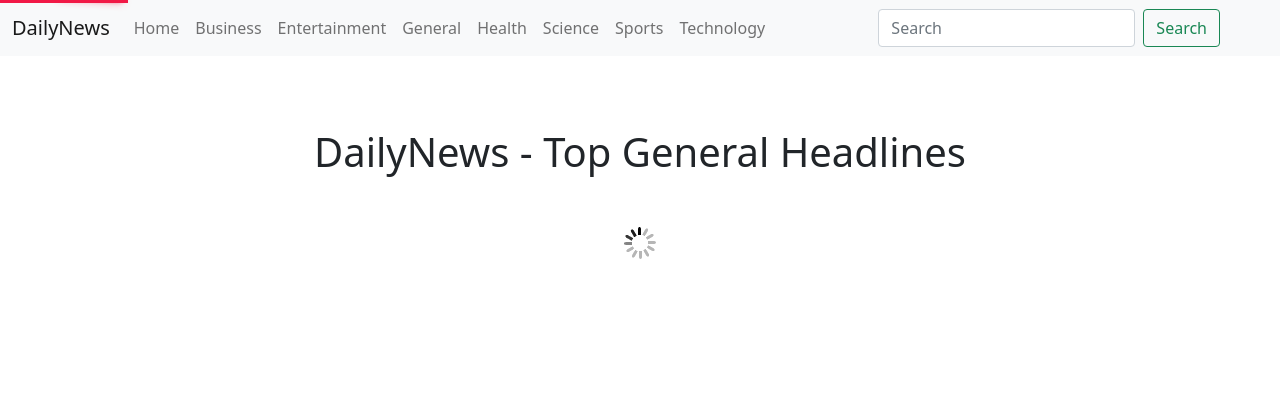
Repository: Bikki084/Daily_News
Page: /
These files come from the project's save history. The page is drawn as it stood at one moment and after a run of saves; the edit follows.
The browser window is 1280 px wide. The pictures show the whole page.
The page's requests for data from a server got no answer. The project was rebuilt for these pictures with package versions that can differ from the ones it lists, and the page was loaded fresh each time. No one was signed in, and anything a server would have sent is missing. Also part of the build but not shown: src/App.css, src/components/NewsItem.js.

Above is the page before, as saved 2021-12-22 20:51:33.

### public/index.html
<!DOCTYPE html>
<html lang="en">
  <head>
    <meta charset="utf-8" />
    <link rel="icon" href="%PUBLIC_URL%/favicon.ico" />
    <meta name="viewport" content="width=device-width, initial-scale=1" />
    <meta name="theme-color" content="#000000" />
    <meta
      name="description"
      content="DailyNews is a news app which can be used to grab quick daily news bites. If you are interested in news, weather, politics and sports news, newsmonkey is for you!"
    />
    <link rel="apple-touch-icon" href="%PUBLIC_URL%/logo192.png" />
    <!--
      manifest.json provides metadata used when your web app is installed on a
      user's mobile device or desktop. See https://developers.google.com/web/fundamentals/web-app-manifest/
    -->
    <link rel="manifest" href="%PUBLIC_URL%/manifest.json" />
    <link href="https://cdn.jsdelivr.net/npm/bootstrap@5.1.0/dist/css/bootstrap.min.css" rel="stylesheet" integrity="sha384-KyZXEAg3QhqLMpG8r+8fhAXLRk2vvoC2f3B09zVXn8CA5QIVfZOJ3BCsw2P0p/We" crossorigin="anonymous">
    <!--
      Notice the use of %PUBLIC_URL% in the tags above.
      It will be replaced with the URL of the `public` folder during the build.
      Only files inside the `public` folder can be referenced from the HTML.

      Unlike "/favicon.ico" or "favicon.ico", "%PUBLIC_URL%/favicon.ico" will
      work correctly both with client-side routing and a non-root public URL.
      Learn how to configure a non-root public URL by running `npm run build`.
    -->
    <title>DailyNews - Get your daily dose of news for free!</title>
  </head>
  <body>
    <noscript>You need to enable JavaScript to run this app.</noscript>
    <div id="root"></div>
    <!--
      This HTML file is a template.
      If you open it directly in the browser, you will see an empty page.

      You can add webfonts, meta tags, or analytics to this file.
      The build step will place the bundled scripts into the <body> tag.

      To begin the development, run `npm start` or `yarn start`.
      To create a production bundle, use `npm run build` or `yarn build`.
    -->
    <script src="https://cdn.jsdelivr.net/npm/@popperjs/core@2.9.3/dist/umd/popper.min.js" integrity="sha384-eMNCOe7tC1doHpGoWe/6oMVemdAVTMs2xqW4mwXrXsW0L84Iytr2wi5v2QjrP/xp" crossorigin="anonymous"></script>
    <script src="https://cdn.jsdelivr.net/npm/bootstrap@5.1.0/dist/js/bootstrap.min.js" integrity="sha384-cn7l7gDp0eyniUwwAZgrzD06kc/tftFf19TOAs2zVinnD/C7E91j9yyk5//jjpt/" crossorigin="anonymous"></script>
  </body>
</html>

### src/App.js
import './App.css';
import Search from './components/Search';
import React, { useState } from 'react'
import NavBar from './components/NavBar';
import News from './components/News';
import {BrowserRouter as Router, Switch, Route} from "react-router-dom";
import LoadingBar from 'react-top-loading-bar'

const App = ()=> {
  const pageSize = 5;
  const apiKey = process.env.REACT_APP_NEWS_API

  const [progress, setProgress] = useState(0)

  const posts = [
    { id: '1', name: 'This first post is about React' },
    { id: '2', name: 'This next post is about Preact' },
    { id: '3', name: 'We have yet another React post!' },
    { id: '4', name: 'This is the fourth and final post' },
];

    return (
      <div>
        <Router>
        <NavBar/>
        <Search/>
        <LoadingBar
        height={3}
        color='#f11946'
        progress={progress}
      />
        <Switch>
          <Route exact path="/"><News setProgress={setProgress} apiKey={apiKey} key="general" pageSize={pageSize} country="in" category="general"/></Route>
          <Route exact path="/business"><News setProgress={setProgress} apiKey={apiKey} key="business" pageSize={pageSize} country="in" category="business"/></Route>
          <Route exact path="/entertainment"><News setProgress={setProgress} apiKey={apiKey} key="entertainment" pageSize={pageSize} country="in" category="entertainment"/></Route>
          <Route exact path="/general"><News setProgress={setProgress} apiKey={apiKey} key="general" pageSize={pageSize} country="in" category="general"/></Route>
          <Route exact path="/health"><News setProgress={setProgress} apiKey={apiKey} key="health" pageSize={pageSize} country="in" category="health"/></Route>
          <Route exact path="/science"><News setProgress={setProgress} apiKey={apiKey} key="science" pageSize={pageSize} country="in" category="science"/></Route>
          <Route exact path="/sports"><News setProgress={setProgress} apiKey={apiKey} key="sports" pageSize={pageSize} country="in" category="sports"/></Route>
          <Route exact path="/technology"><News setProgress={setProgress} apiKey={apiKey} key="technology" pageSize={pageSize} country="in" category="technology"/></Route>
        <Search/>
        </Switch>
        </Router>
      </div>
    )

}

export default App;

### src/components/Search.js
import React from 'react'


export default function Search() {

    return (

        <>

        <div>
          <form className="d-flex mx-5">
                <input className="form-control me-2" type="search" name = "query" id = "Search" placeholder="Search" aria-label="Search" />
                <button className="btn btn-outline-success" type="submit">Search</button>
            </form>
          </div>

                </>
    )
}

### src/components/NavBar.js
import React from 'react'
import { Link } from "react-router-dom";
import Search from './Search'

const NavBar = () => {

    return (
        <div>
            <nav className="navbar fixed-top navbar-expand-lg navbar-light bg-light">
                <div className="container-fluid">
                    <Link className="navbar-brand" to="/">DailyNews</Link>
                    <button className="navbar-toggler" type="button" data-bs-toggle="collapse" data-bs-target="#navbarSupportedContent" aria-controls="navbarSupportedContent" aria-expanded="false" aria-label="Toggle navigation">
                        <span className="navbar-toggler-icon"></span>
                    </button>
                    <div className="collapse navbar-collapse" id="navbarSupportedContent">
                        <ul className="navbar-nav me-auto mb-2 mb-lg-0">
                            <li className="nav-item">
                                <Link className="nav-link" aria-current="page" to="/">Home</Link>
                            </li>
                            <li className="nav-item"><Link className="nav-link" to="/business">Business</Link></li>
                            <li className="nav-item"><Link className="nav-link" to="/entertainment">Entertainment</Link></li>
                            <li className="nav-item"><Link className="nav-link" to="/general">General</Link></li>
                            <li className="nav-item"><Link className="nav-link" to="/health">Health</Link></li>
                            <li className="nav-item"><Link className="nav-link" to="/science">Science</Link></li>
                            <li className="nav-item"><Link className="nav-link" to="/sports">Sports</Link></li>
                            <li className="nav-item"><Link className="nav-link" to="/technology">Technology</Link></li>
                        </ul>

                     <Search/>

                    </div>
                </div>
            </nav>
        </div>
    )

}

export default NavBar

### src/components/News.js
import React, {useEffect, useState} from 'react'

import NewsItem from './NewsItem'
import Spinner from './Spinner';
import PropTypes from 'prop-types'
import InfiniteScroll from "react-infinite-scroll-component";

const News = (props)=>{
    const [articles, setArticles] = useState([])
    const [loading, setLoading] = useState(true)
    const [page, setPage] = useState(1)
    const [totalResults, setTotalResults] = useState(0)

    const capitalizeFirstLetter = (string) => {
        return string.charAt(0).toUpperCase() + string.slice(1);
    }

    const updateNews = async ()=> {
        props.setProgress(10);
        const url = `https://newsapi.org/v2/top-headlines?country=${props.country}&category=${props.category}&apiKey=${props.apiKey}&page=${page}&pageSize=${props.pageSize}`;
        setLoading(true)
        let data = await fetch(url);
        props.setProgress(30);
        let parsedData = await data.json()
        props.setProgress(70);
        setArticles(parsedData.articles)
        setTotalResults(parsedData.totalResults)
        setLoading(false)
        props.setProgress(100);
    }

    useEffect(() => {
        document.title = `${capitalizeFirstLetter(props.category)} - DailyNews`;
        updateNews();
        // eslint-disable-next-line
    }, [])


    const fetchMoreData = async () => {
        const url = `https://newsapi.org/v2/top-headlines?country=${props.country}&category=${props.category}&apiKey=${props.apiKey}&page=${page+1}&pageSize=${props.pageSize}`;
        setPage(page+1)
        let data = await fetch(url);
        let parsedData = await data.json()
        setArticles(articles.concat(parsedData.articles))
        setTotalResults(parsedData.totalResults)
      };

        return (
            <>
                <h1 className="text-center" style={{ margin: '35px 0px', marginTop: '90px' }}>DailyNews - Top {capitalizeFirstLetter(props.category)} Headlines</h1>
                {loading && <Spinner />}
                <InfiniteScroll
                    dataLength={articles.length}
                    next={fetchMoreData}
                    hasMore={articles.length !== totalResults}
                    loader={<Spinner/>}>
                    <div className="container">

                    <div className="row">
                        {articles.map((element) => {
                            return <div className="col-md-4" key={element.url}>
                                <NewsItem title={element.title ? element.title : ""} description={element.description ? element.description : ""} imageUrl={element.urlToImage} newsUrl={element.url} author={element.author} date={element.publishedAt} source={element.source.name} />
                            </div>
                        })}
                    </div>
                    </div>
                </InfiniteScroll>
            </>
        )

}


News.defaultProps = {
    country: 'in',
    pageSize: 8,
    category: 'general',
}

News.propTypes = {
    country: PropTypes.string,
    pageSize: PropTypes.number,
    category: PropTypes.string,
}

export default News

Loaded but not shown: src/index.js (common file); src/reportWebVitals.js (common file); src/components/Spinner.js (common file); src/index.css (no stored copy; drawn as an empty file)

After the next 2 saves:
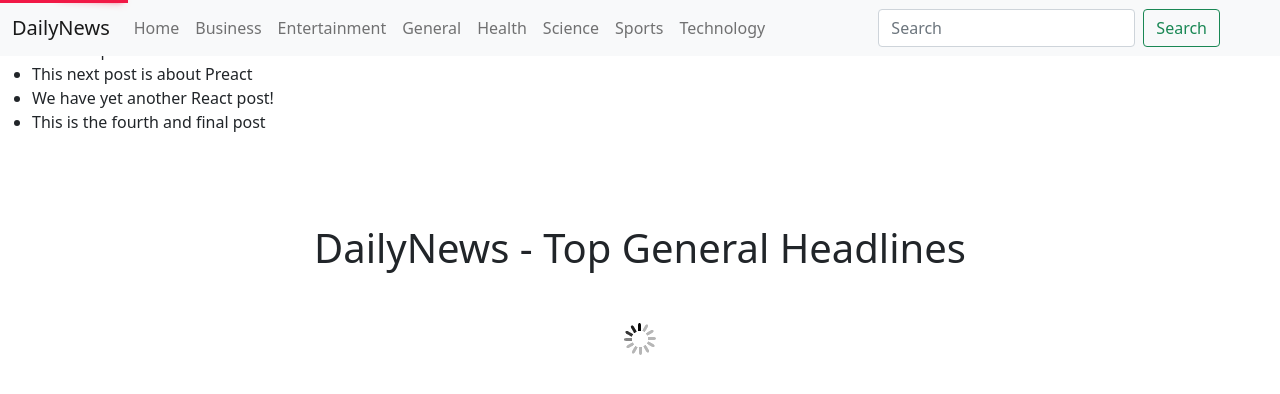
The 2 saves are shown as one change because they came seconds apart.
The last was saved 36 s later.
--- a/src/App.js
+++ b/src/App.js
@@ -24,6 +24,12 @@
         <Router>
         <NavBar/>
         <Search/>
+        <ul>
+                {posts.map((post) => (
+                    <li key={post.id}>{post.name}</li>
+                ))}
+            </ul>
+
         <LoadingBar
         height={3}
         color='#f11946'

After the 2 saves that followed:
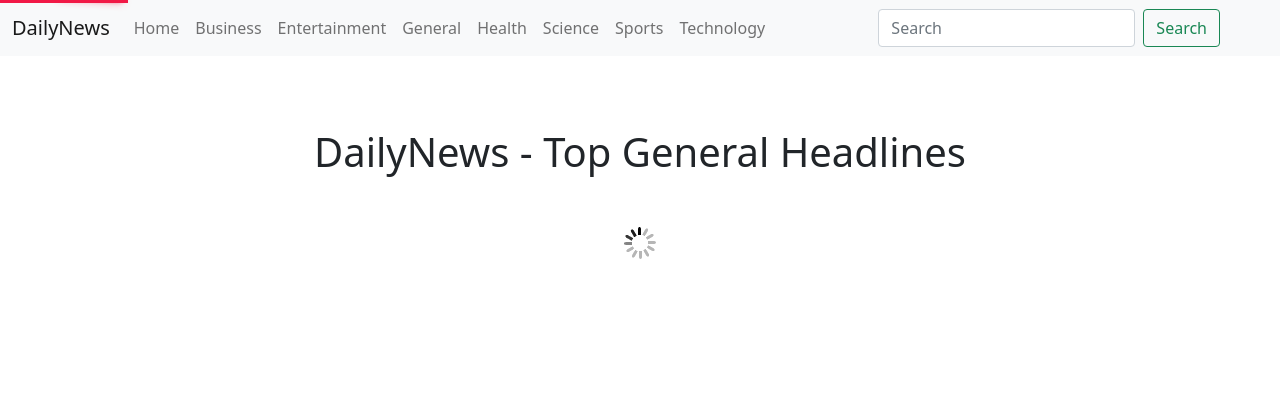
The 2 saves are shown as one change because 1 left the picture as it was.
The last was saved 8 min 46 s later.
--- a/src/App.js
+++ b/src/App.js
@@ -9,8 +9,8 @@
 const App = ()=> {
   const pageSize = 5;
   const apiKey = process.env.REACT_APP_NEWS_API
+  const [progress, setProgress] = useState(0)
 
-  const [progress, setProgress] = useState(0)
 
   const posts = [
     { id: '1', name: 'This first post is about React' },
@@ -24,11 +24,6 @@
         <Router>
         <NavBar/>
         <Search/>
-        <ul>
-                {posts.map((post) => (
-                    <li key={post.id}>{post.name}</li>
-                ))}
-            </ul>
 
         <LoadingBar
         height={3}
